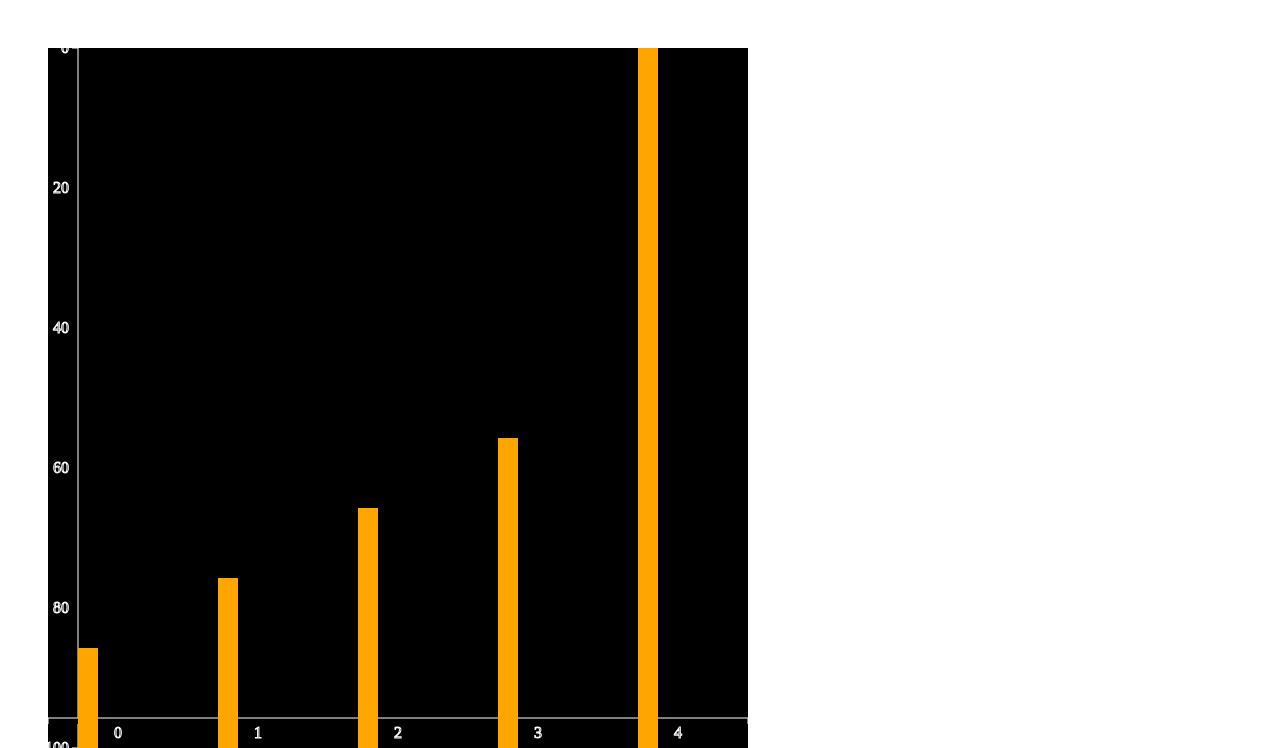
Repository: ajaytech/D3-sample-code
Page: D3 codes/D3Scale.html
The author's editor kept a record of every edit. The page is drawn from the files as they stood at one moment, then again after the next edit.
The browser window is 1280 px wide. The pictures show the whole page.

Above is the page before.

### D3 codes/D3Scale.html
<!DOCTYPE html>
<meta charset="utf-8">
<title>Adding attributes and selection to SVG element</title>
<link rel="stylesheet" type="text/css" href="style.css"></link>

<body>
<script src="../D3/d3.v3.min.js"></script>
<script>

    var data=[10,20,30,40,100];
    var heightSVG = 700;
    var widthSVG = 700;
    var padding = 10;
    var paddingText = 30;
    var paddingChart = 40;
    var axisMargin = 30;
    var margin = {

        'top':5,
        'right':20,
        'bottom':20,
        'left':50
    };

    var y = d3.scale.linear().domain([0,d3.max(data)])
            .range([0,heightSVG]);

    var x = d3.scale.ordinal().domain(d3.range(data.length))
            .rangeRoundBands([0,widthSVG]);

    var yAxis = d3.svg.axis()
                .scale(y)
                .orient('left')
                .ticks(5);

    var xAxis = d3.svg.axis()
                .scale(x)
                .orient('bottom')
                .ticks(5);


    var svg = d3.select("body")
                .append("svg")
                .attr("width",widthSVG)
                .attr("height",heightSVG)
                .style("transform","translate("+paddingChart+"px,"+paddingChart+"px")
                .style("background","black");

                svg.append("g")
                .call(yAxis)
                .attr("transform","translate("+axisMargin+",0)")
                .style("stroke","#fff");

                 svg.append("g")
                .call(xAxis)
                .attr("transform","translate(0,"+(heightSVG-axisMargin)+")")
                .style("stroke","#fff");


                svg.append("g")
                .attr("class","rectangle")
                .selectAll()
                .data(data)
                .enter()
                .append("rect")
                .attr("height",function(d,i){
                    return d*100;
                })
                .attr("width","20px")
                .style("fill","orange")
                .attr("y",function(d,i){
                    return  heightSVG-y(d) ;
                })
                .attr("x",function(d,i){
                    return x(i);
                });






</script>
</body>
</html>

### D3 codes/style.css
.blueBack{

    background : blue;

}

.rectangle{
    transform: translate(30px,-30px) !important;
}

.circle{
    transform: translate(30px,0px) !important;

}

Loaded but not shown: D3/d3.v3.min.js (library)

After the next edit:
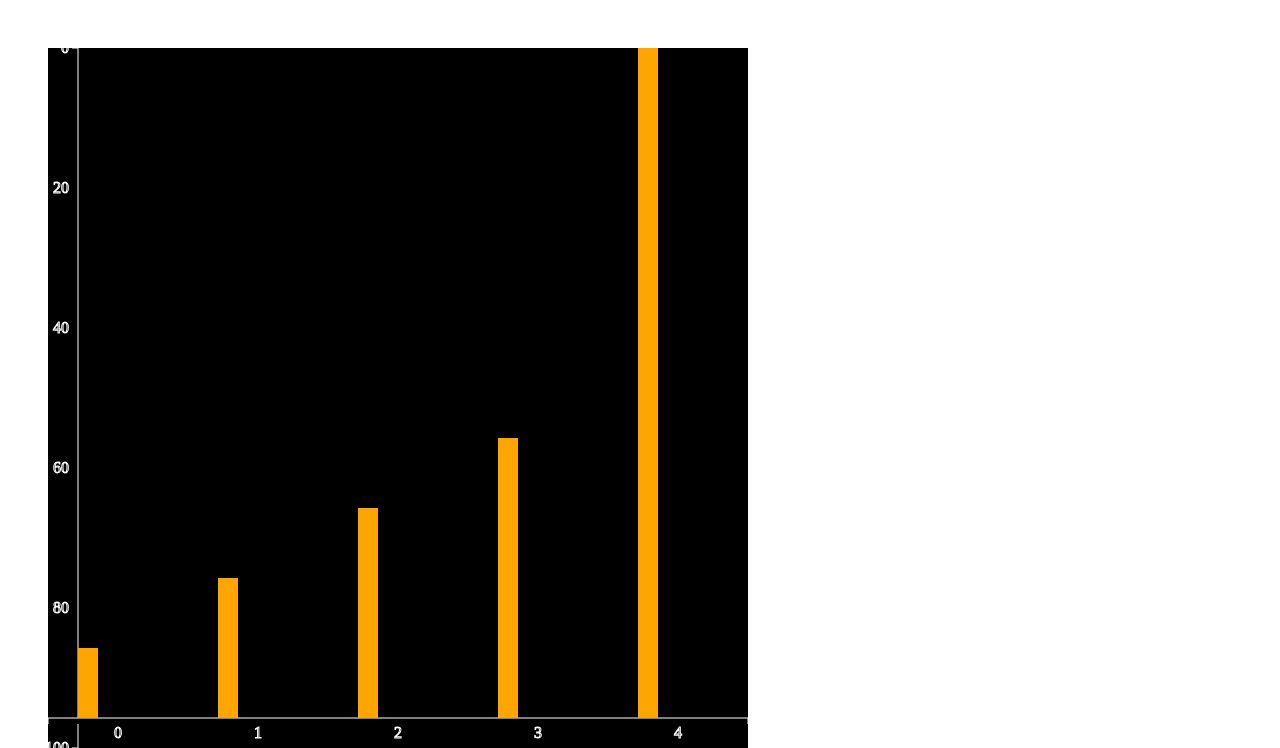
The edit:
--- a/D3 codes/D3Scale.html
+++ b/D3 codes/D3Scale.html
@@ -64,7 +64,7 @@
                 .enter()
                 .append("rect")
                 .attr("height",function(d,i){
-                    return d*100;
+                    return y(d);
                 })
                 .attr("width","20px")
                 .style("fill","orange")
